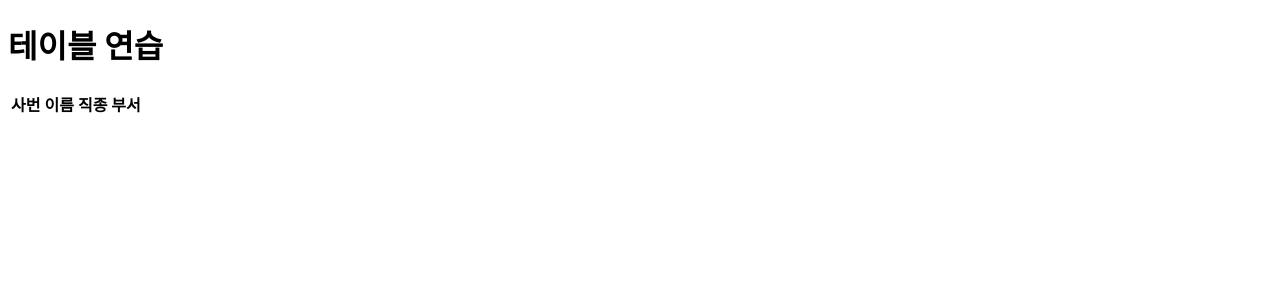
Repository: keeka2/webPractice
Page: MyStudy/HTML_Study/work/0821/WebContent/ex2_table.html
The author's editor kept a copy of each file at every save. The page is drawn from the files as they stood at one save, then again after the next save.
The browser window is 1280 px wide. The pictures show the whole page.

Above is the page before, as saved 2020-08-21 03:09:03.

After the next save:
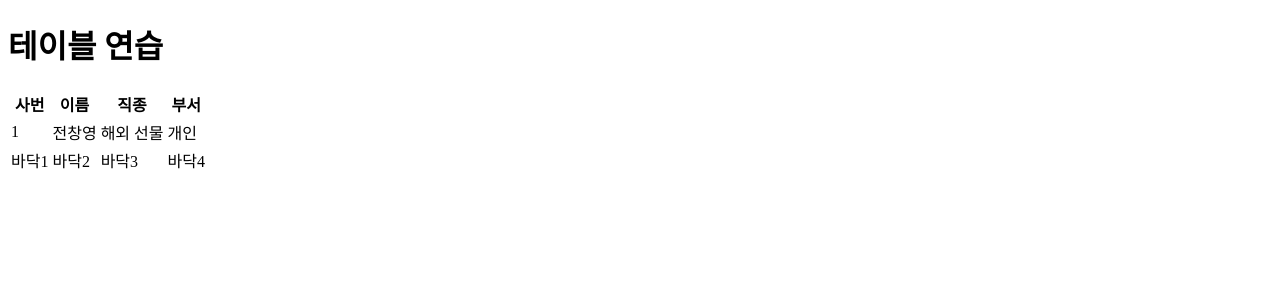
Saved 3 min 39 s later.
--- a/MyStudy/HTML_Study/work/0821/WebContent/ex2_table.html
+++ b/MyStudy/HTML_Study/work/0821/WebContent/ex2_table.html
@@ -8,7 +8,7 @@
 	<h1>테이블 연습</h1>
 	<div>
 		<table>
-			<thead>
+			<thead><!-- 테이블 머리글 -->
 				<tr>
 					<th>사번</th>
 					<th>이름</th>
@@ -16,8 +16,24 @@
 					<th>부서</th>
 				</tr><!-- 행 의미 -->
 			</thead>
-			<tfoot></tfoot>
-			<tbody></tbody>
+
+			<tfoot><!-- 테이블 바닥글 -->
+				<tr>
+					<td>바닥1</td>
+					<td>바닥2</td>
+					<td>바닥3</td>
+					<td>바닥4</td>
+				</tr>
+			</tfoot>
+
+			<tbody>
+				<tr>
+					<td>1</td>
+					<td>전창영</td>
+					<td>해외 선물</td>
+					<td>개인</td>
+				</tr>
+			</tbody>
 		</table>
 	</div>
 </body>
